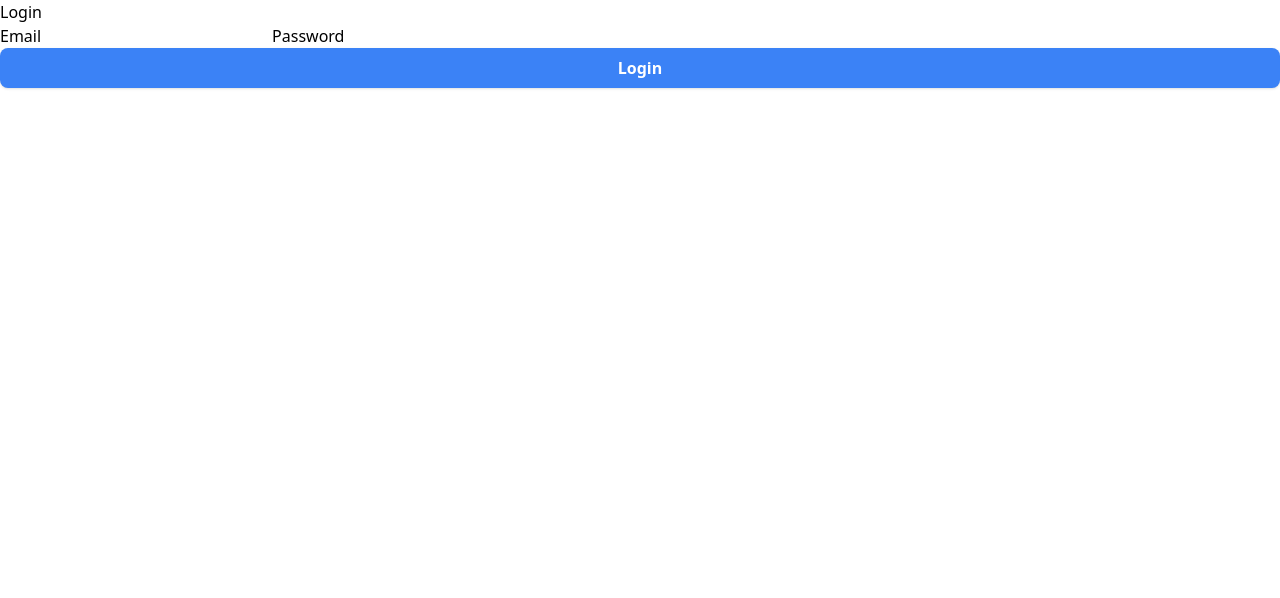
Repository: ArievfRahman-Dev/Mini-Project-II
Page: /login (app in miniproject2/)
These files come from the project's save history. The page is drawn as it stood at one moment and after the next save; the edit follows.
The browser window is 1280 px wide. The pictures show the whole page.
The project was rebuilt for these pictures with package versions that can differ from the ones it lists, and the page was loaded fresh each time. Also part of the build but not shown: miniproject2/vite.config.js, miniproject2/src/components/Navbar/index.jsx, miniproject2/src/pages/HomePage/index.jsx, miniproject2/src/pages/DetailUser/index.jsx.

Above is the page before, as saved 2024-12-16 20:34:30.

### miniproject2/index.html
<!DOCTYPE html>
<html lang="en">
  <head>
    <meta charset="UTF-8" />
    <link rel="icon" type="image/svg+xml" href="/vite.svg" />
    <meta name="viewport" content="width=device-width, initial-scale=1.0" />
    <title>Vite + React</title>
    <link
      href="https://cdn.jsdelivr.net/npm/remixicon/fonts/remixicon.css"
      rel="stylesheet"
    />
  </head>
  <body>
    <div id="root"></div>
    <script type="module" src="/src/main.jsx"></script>
  </body>
</html>

### miniproject2/src/App.jsx
import { BrowserRouter, Routes, Route } from "react-router-dom";
import { HomePage } from "./pages/HomePage";
import { DetailUser } from "./pages/DetailUser";
import { LoginPage } from "./pages/LoginPage";

export const App = () => {
  return (
    <div>
      <BrowserRouter>
        <Routes>
          <Route path="/" element={<HomePage />} />
          <Route path="/detail/:id" element={<DetailUser />} />
          <Route path="/login" element={<LoginPage />} />
        </Routes>
      </BrowserRouter>
    </div>
  );
};

### miniproject2/src/pages/LoginPage/index.jsx
import axios from "axios";
import { useState } from "react";
import { useNavigate } from "react-router-dom";
export const LoginPage = () => {
  const [form, setForm] = useState({
    email: "",
    password: "",
  });
  const [error, setError] = useState("");
  const [success, setSuccess] = useState("");
  const [loading, setLoading] = useState(false);

  const navigate = useNavigate();

  const handleChange = (e) => {
    setForm({
      ...form,
      [e.target.name]: e.target.value,
    });
  };
  const handleLogin = async (e) => {
    e.preventDefault();
    setLoading(true);
    try {
      const res = await axios.post("https://reqres.in/api/login", form);
      localStorage.setItem("access_token", res.data.token);
      setSuccess("Login Success");
      setTimeout(() => {
        navigate("/");
      }, 2000);
      console.log(res);
    } catch (error) {
      console.log(error.response);
      setError(error.response.data.error);
    } finally {
      setLoading(false);
    }
  };
  return (
    <div>
      <h1>Login</h1>
      <form>
        <label htmlFor="email">Email</label>
        <input type="email" name="email" onChange={handleChange} />
        <label htmlFor="password">Password</label>
        <input type="password" name="password" onChange={handleChange} />
        {error && <p className="mb-4 text-red-500">{error}</p>}
        {success && <p className="mb-4 text-green-500">{success}</p>}
        <button
          disabled={loading}
          onClick={handleLogin}
          className="w-full px-4 py-2 font-semibold text-white bg-blue-500 rounded-lg shadow hover:bg-blue-600 focus:outline-none focus:ring-2 focus:ring-blue-400 focus:ring-offset-1"
          type="submit"
        >
          {loading ? "Loading..." : "Login"}
        </button>
      </form>
    </div>
  );
};

Loaded but not shown: miniproject2/src/main.jsx (common file); miniproject2/src/index.css (common file); miniproject2/tailwind.config.js (common file)

After the next save:
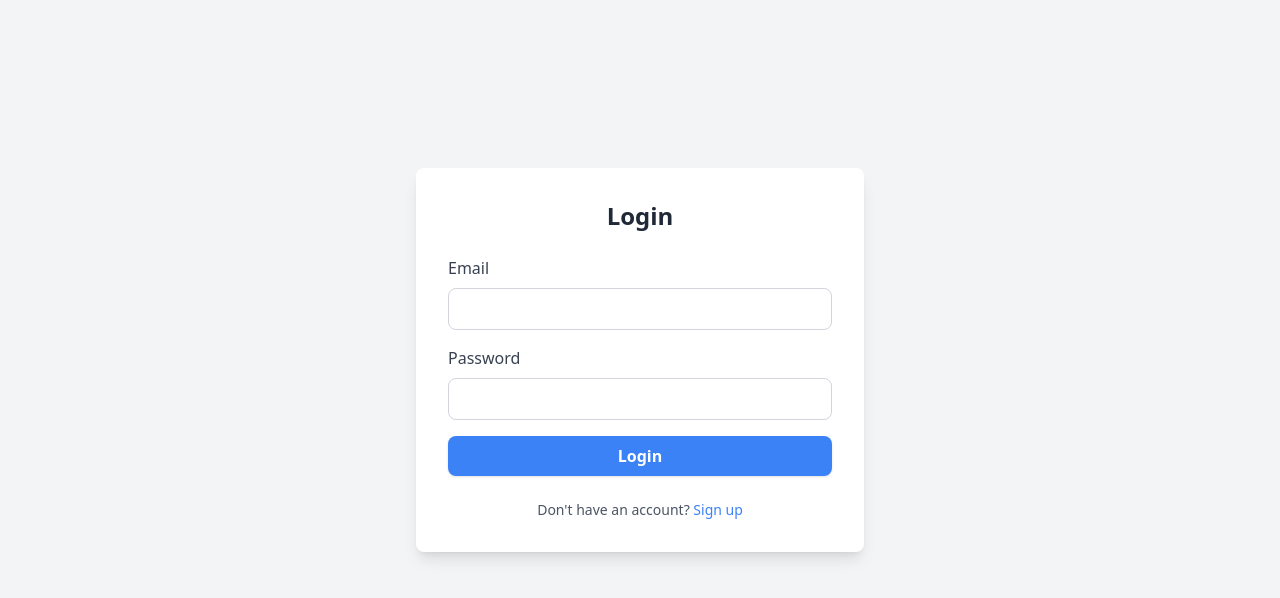
Saved 3 min 42 s later.
--- a/miniproject2/src/pages/LoginPage/index.jsx
+++ b/miniproject2/src/pages/LoginPage/index.jsx
@@ -1,6 +1,7 @@
 import axios from "axios";
 import { useState } from "react";
 import { useNavigate } from "react-router-dom";
+
 export const LoginPage = () => {
   const [form, setForm] = useState({
     email: "",
@@ -18,6 +19,7 @@ export const LoginPage = () => {
       [e.target.name]: e.target.value,
     });
   };
+
   const handleLogin = async (e) => {
     e.preventDefault();
     setLoading(true);
@@ -36,25 +38,62 @@ export const LoginPage = () => {
       setLoading(false);
     }
   };
+
   return (
-    <div>
-      <h1>Login</h1>
-      <form>
-        <label htmlFor="email">Email</label>
-        <input type="email" name="email" onChange={handleChange} />
-        <label htmlFor="password">Password</label>
-        <input type="password" name="password" onChange={handleChange} />
-        {error && <p className="mb-4 text-red-500">{error}</p>}
-        {success && <p className="mb-4 text-green-500">{success}</p>}
-        <button
-          disabled={loading}
-          onClick={handleLogin}
-          className="w-full px-4 py-2 font-semibold text-white bg-blue-500 rounded-lg shadow hover:bg-blue-600 focus:outline-none focus:ring-2 focus:ring-blue-400 focus:ring-offset-1"
-          type="submit"
-        >
-          {loading ? "Loading..." : "Login"}
-        </button>
-      </form>
+    <div className="min-h-screen bg-gray-100 flex items-center justify-center">
+      <div className="bg-white p-8 rounded-lg shadow-lg w-full max-w-md">
+        <h1 className="text-2xl font-bold text-center text-gray-800 mb-6">
+          Login
+        </h1>
+        <form>
+          <div className="mb-4">
+            <label
+              htmlFor="email"
+              className="block text-gray-700 font-medium mb-2"
+            >
+              Email
+            </label>
+            <input
+              type="email"
+              name="email"
+              onChange={handleChange}
+              className="w-full px-4 py-2 border border-gray-300 rounded-lg focus:outline-none focus:ring-2 focus:ring-blue-400"
+            />
+          </div>
+          <div className="mb-4">
+            <label
+              htmlFor="password"
+              className="block text-gray-700 font-medium mb-2"
+            >
+              Password
+            </label>
+            <input
+              type="password"
+              name="password"
+              onChange={handleChange}
+              className="w-full px-4 py-2 border border-gray-300 rounded-lg focus:outline-none focus:ring-2 focus:ring-blue-400"
+            />
+          </div>
+          {error && <p className="mb-4 text-red-500 text-sm">{error}</p>}
+          {success && <p className="mb-4 text-green-500 text-sm">{success}</p>}
+          <button
+            disabled={loading}
+            onClick={handleLogin}
+            className={`w-full px-4 py-2 font-semibold text-white rounded-lg shadow ${
+              loading ? "bg-gray-400" : "bg-blue-500 hover:bg-blue-600"
+            } focus:outline-none focus:ring-2 focus:ring-blue-400 focus:ring-offset-1`}
+            type="submit"
+          >
+            {loading ? "Loading..." : "Login"}
+          </button>
+        </form>
+        <p className="mt-6 text-sm text-gray-600 text-center">
+          Don't have an account?{" "}
+          <a href="/register" className="text-blue-500 hover:underline">
+            Sign up
+          </a>
+        </p>
+      </div>
     </div>
   );
 };
